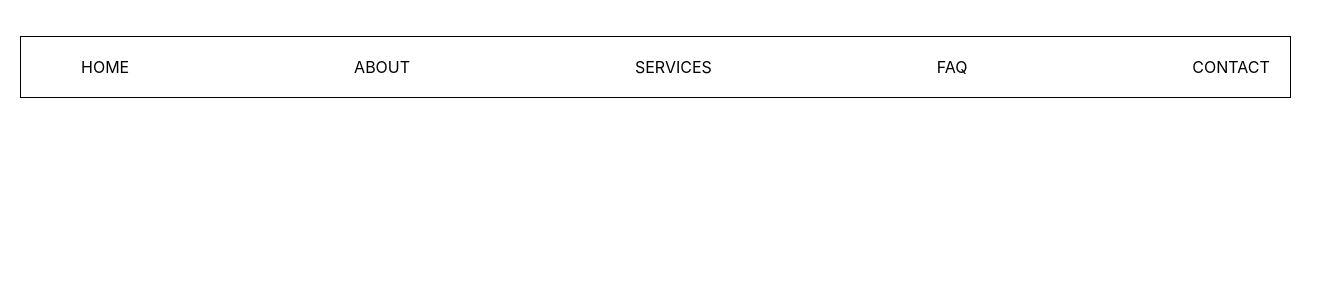
Repository: sriram1224/reactas1.github.io
Page: /
An editor plug-in stored every save of this project. The page is shown before and after the next save, followed by the edit.
The browser window is 1280 px wide. The page is 1320 px wide, so the pictures cover 1320 px, including what lies to the right of the window. The pictures show the whole page.
The project was rebuilt for these pictures with package versions that can differ from the ones it lists, and the page was loaded fresh each time.

Above is the page before, as saved 2024-03-05 06:48:52.

After the next save:
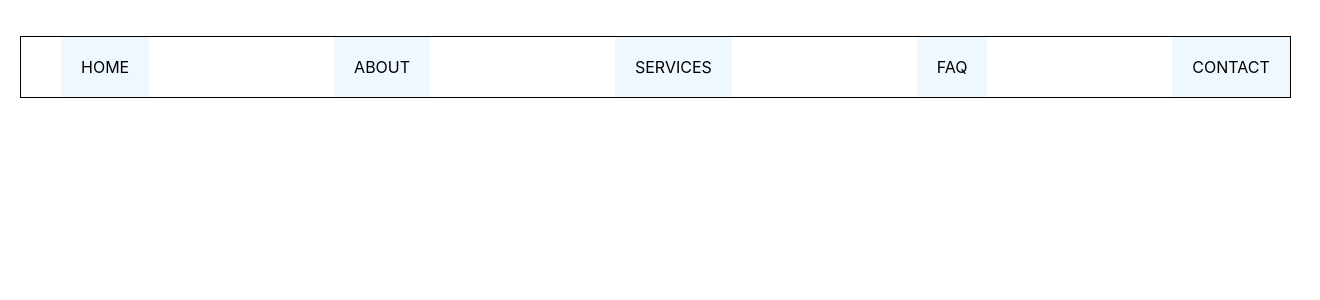
Saved 17 s later.
--- a/src/Components/Nav.css
+++ b/src/Components/Nav.css
@@ -16,4 +16,5 @@
 }
 .Nav ul li{
     padding: 20px;
+    background-color: aliceblue;
 }
